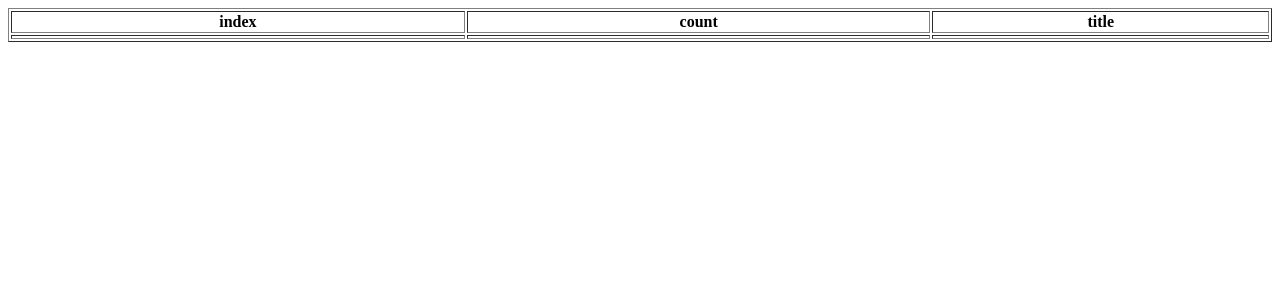
Repository: uhhuhhmm/JSP-Servlet-Class
Page: http://localhost/web03/movieList362.jsp
An editor plug-in stored every save of this project. The page is shown before and after the next save, followed by the edit.
The browser window is 1280 px wide. The pictures show the whole page.
The page is served by Tomcat 9.

Above is the page before, as saved 2022-07-15 07:52:27.

After the next save:
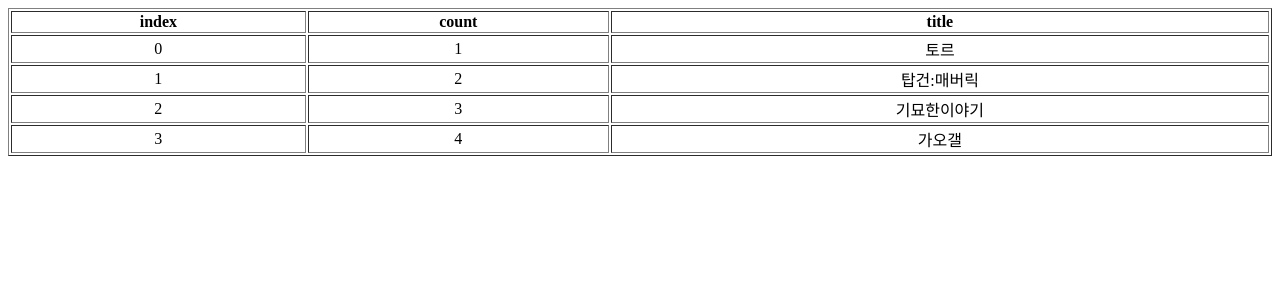
Saved 32 s later.
--- a/web03/WebContent/movieList362.jsp
+++ b/web03/WebContent/movieList362.jsp
@@ -16,12 +16,13 @@
 	<tr>
 		<th> index </th> <th> count </th> <th> title </th>
 	</tr>
-	<c:forEach var="movie" items="${movieList }" varStatus="status"></c:forEach>
+	<c:forEach var="movie" items="${movieList }" varStatus="status">
 	<tr>
 		<td>${status.index }</td>
 		<td>${status.count }</td>
 		<td>${movie }</td>
 	</tr>
+	</c:forEach>
 	</table>
 </body>
 </html>
